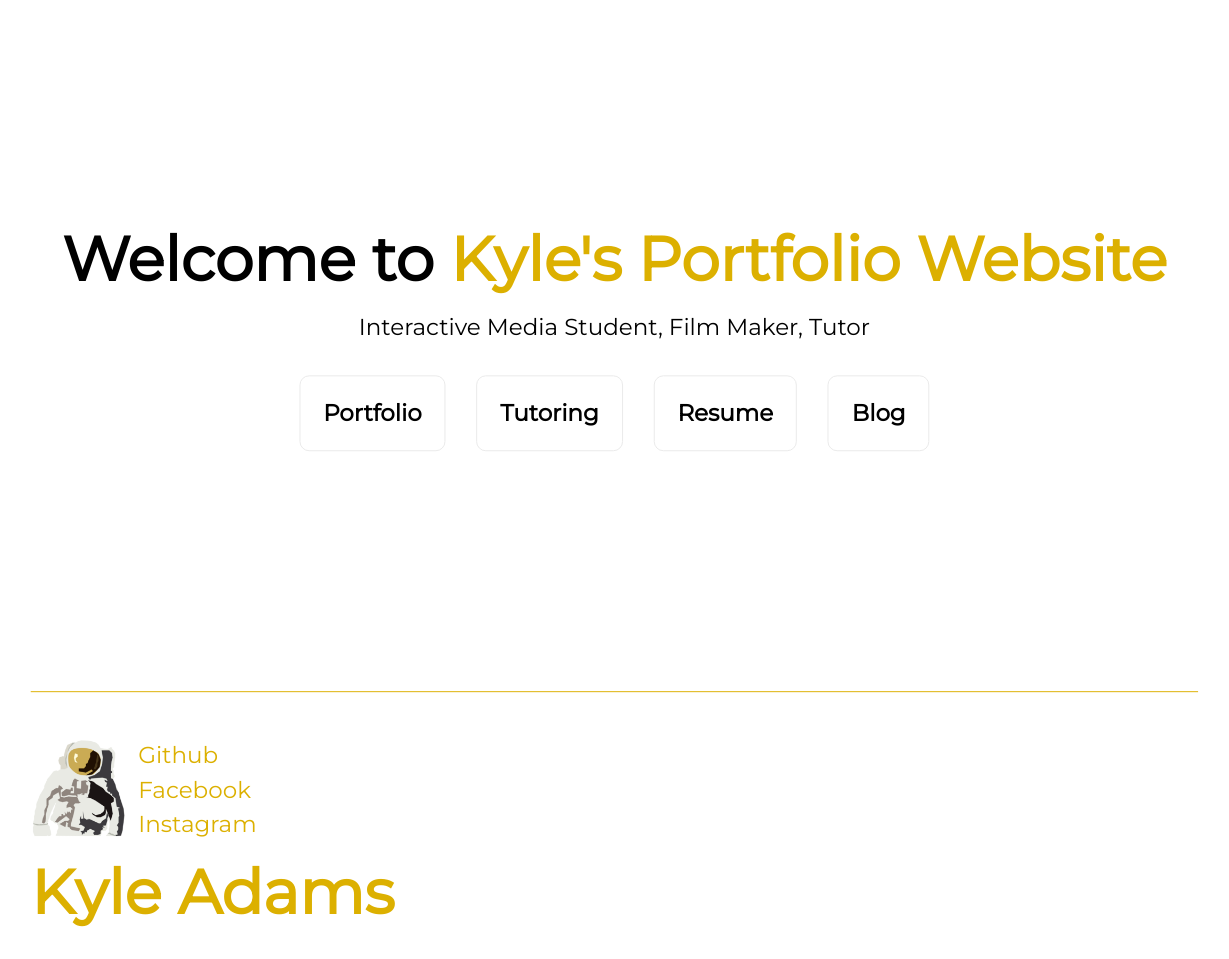
Repository: neomort/CL-portfolio-site
Page: /
An editor plug-in stored every save of this project. The page is shown before and after the next save, followed by the edit.
The browser window is 1280 px wide. The pictures show the whole page, at 96% of full size.
The project was rebuilt for these pictures with package versions that can differ from the ones it lists, and the page was loaded fresh each time. The framework's server and built-in components were replaced by stand-ins that run in the browser. Also part of the build but not shown: next.config.js.

Above is the page before, as saved 2021-12-14 15:33:12.

After the next save:
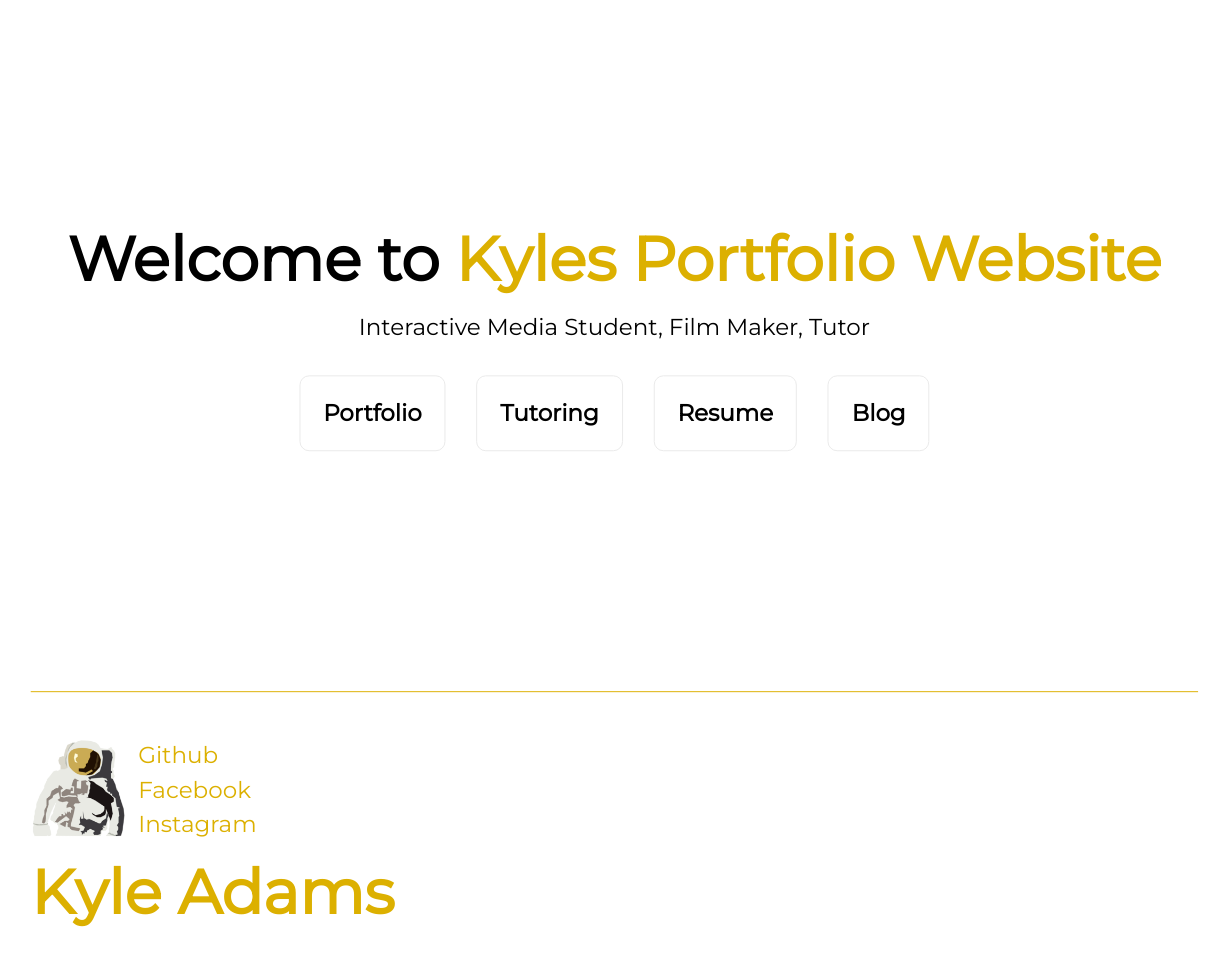
Saved 6 min 50 s later.
--- a/pages/index.js
+++ b/pages/index.js
@@ -7,14 +7,14 @@ export default function Home() {
   return (
     <div className={styles.container}>
       <Head>
-        <title>Kyle's Portfolio</title>
+        <title>Kyles Portfolio</title>
         <meta name="description" content="If you are reading this you are really impressive" />
 
       </Head>
 
       <main className={styles.main}>
         <h1 className={styles.title}>
-          Welcome to <a href="https://kyleadams.com/">Kyle's Portfolio Website</a>
+          Welcome to <a href="https://kyleadams.com/">Kyles Portfolio Website</a>
         </h1>
 
         <p className={styles.description}>
